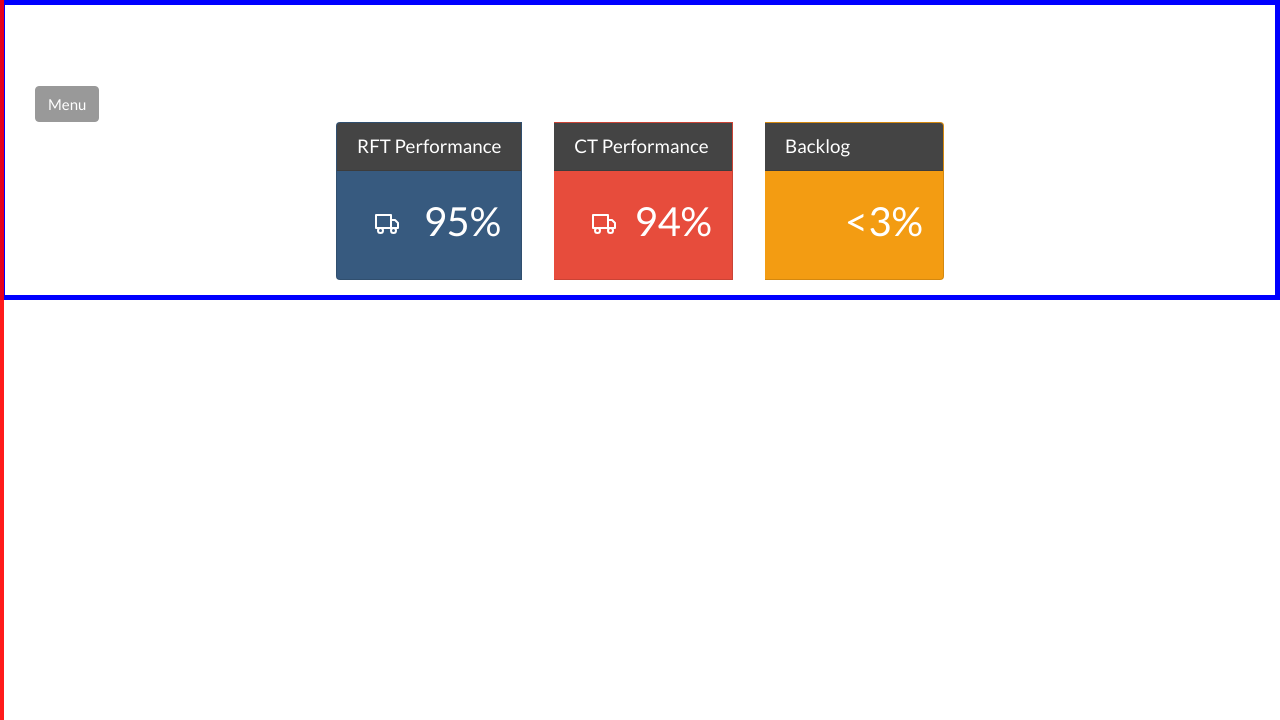
Repository: valenovi76/Delivery-Dashboard
Page: Index.html
The author's editor kept a record of every edit. The page is drawn from the files as they stood at one moment, then again after the next edit.
The browser window is 1280 px wide. The pictures show the whole page.
Some icons come from a web library that is not loaded, so they are not drawn. Some web libraries are served in a nearby version.

Above is the page before.
Console error: TypeError: Cannot read properties of null (reading 'textContent')

### Index.html
<!DOCTYPE html>
<html lang="en">
<head>
    <meta charset="UTF-8">
    <meta name="viewport" content="width=device-width, initial-scale=1.0">
    <meta http-equiv="X-UA-Compatible" content="ie=edge">

    <link rel="stylesheet" href="static/css/bootstrap.min.css" type="text/css" />
    <link rel="stylesheet" href="static/css/dc.min.css" type="text/css" />
    <link href="vendor/fontawesome-free/css/all.min.css" rel="stylesheet" type="text/css">
    <script type="text/javascript" src="static/js/d3.min.js"></script>
    <script type="text/javascript" src="static/js/crossfilter.min.js"></script>
    <script type="text/javascript" src="static/js/dc.min.js"></script>
    <script type="text/javascript" src="static/js/queue.min.js"></script>
    <script type="text/javascript" src="static/js/graphs.js"></script>
    <script src="https://ajax.googleapis.com/ajax/libs/jquery/1.11.3/jquery.min.js"></script>
    <script src="http://maxcdn.bootstrapcdn.com/bootstrap/3.3.4/js/bootstrap.min.js"></script>
    <link rel="stylesheet" href="static/css/style.css" type="text/css" />
    <title>Daily Delivery Dashboard</title>

</head>
<body>

    <div id="wrapper">

        <!-- Sidebar -->
        <div id="sidebar-wrapper">
            <ul class="sidebar-nav">
                <li><a href="#">RFT Performance</a></li>
                <li><a href="#">CT Performance</a></li>
                <li><a href="#">Logout</a></li>
            </ul>
        </div>

        <!-- Page content -->
        <div id="page-content-wrapper">
            <div class="container-fluid">
                <div class="header text-center">
                    <h1>Delivery KPIs Dashboard</h1>
                </div>
                <div class="row">
                    <div class="col-lg-12">
                            <a href="#" class="btn btn-light" id="menu-toggle">Menu</a>

                            <div class="row">
                              <div class="card-group mx-auto">
                                    <div class="card flex-fill bg-primary text-white mx-3">
                											<div class="card-header">
                												<h5 class="card-title text-white mb-0">RFT Performance</h5>
                											</div>
                    											<div class="card-body py-3">
                    												<div class="row no-gutters">
                    													<div class="col-4 align-self-center text-left">
                    														<div class="icon icon-primary">
                    															<svg xmlns="http://www.w3.org/2000/svg" width="24" height="24" viewBox="0 0 24 24" fill="none" stroke="currentColor" stroke-width="2" stroke-linecap="round" stroke-linejoin="round" class="feather feather-truck align-middle"><rect x="1" y="3" width="15" height="13"></rect><polygon points="16 8 20 8 23 11 23 16 16 16 16 8"></polygon><circle cx="5.5" cy="18.5" r="2.5"></circle><circle cx="18.5" cy="18.5" r="2.5"></circle></svg>
                    														</div>
                    													</div>
                    													<div class="col-8 align-self-center text-right">

                    														<h2 class="text-white">95%</h2>
                    													</div>
                    												</div>
                    											</div>
                    										</div>
                                    <div class="card flex-fill bg-danger text-white mx-3">
                											<div class="card-header">
                												<h5 class="card-title text-white mb-0">CT Performance</h5>
                											</div>
                    											<div class="card-body py-3">
                    												<div class="row no-gutters">
                    													<div class="col-4 align-self-center text-left">
                    														<div class="icon icon-primary">
                    															<svg xmlns="http://www.w3.org/2000/svg" width="24" height="24" viewBox="0 0 24 24" fill="none" stroke="currentColor" stroke-width="2" stroke-linecap="round" stroke-linejoin="round" class="feather feather-truck align-middle"><rect x="1" y="3" width="15" height="13"></rect><polygon points="16 8 20 8 23 11 23 16 16 16 16 8"></polygon><circle cx="5.5" cy="18.5" r="2.5"></circle><circle cx="18.5" cy="18.5" r="2.5"></circle></svg>
                    														</div>
                    													</div>
                    													<div class="col-8 align-self-center text-right">
                    														<h2 class="text-white">94%</h2>
                    													</div>
                    												</div>
                    											</div>
                    										</div>
                                    <div class="card flex-fill bg-warning text-white mx-3">
                											<div class="card-header">
                												<h5 class="card-title text-white mb-0">Backlog</h5>
                											</div>
                    											<div class="card-body py-3">
                    												<div class="row no-gutters">
                    													<div class="col-4 align-self-center text-left">
                    														<div class="icon icon-primary">
                    														    <i class="far fa-check-square"></i>
                    														</div>
                    													</div>
                    													<div class="col-8 align-self-center text-right">
                    														<h2 class="text-white"> <3% </h2>
                    													</div>
                    												</div>
                    											</div>
                    										</div
                              </div>
                            </div>
                    </div>
                </div>
            </div>
        </div>

    </div>

    <!-- Menu toggle script -->
    <script>
        $("#menu-toggle").click( function (e){
            e.preventDefault();
            $("#wrapper").toggleClass("menuDisplayed");
        });
    </script>

</body>
</html>

### static/js/graphs.js
//load data
queue()
.defer(d3.csv, "/data/orders.csv")
.await(makeGraphs);


// Make graphs function
function makeGraphs(error, orderData) {

    var ndx = crossfilter(orderData);


orderData.forEach(function(d){
d.CT_Ex_Delayed_Days=parseInt(d.CT_Ex_Delayed_Days)})




    show_wip_group_selector(ndx);
    show_product_selector(ndx);
    show_project_selector(ndx);
    show_created(ndx);
    show_completed(ndx);
    show_order_order_type(ndx);
    show_ct_avg(ndx);
    show_SLT_perf(ndx);
    show_ontime_late(ndx);
    show_percent_RFT_OnTime(ndx);
    show_percent_CT_Pass(ndx);
    show_monthly_delivery(ndx);



    dc.renderAll();
}


//Selector js
function show_wip_group_selector(ndx){
    var dim = ndx.dimension(dc.pluck('Channel'));
    var group = dim.group();
    var select = dc.selectMenu("#wip_group_selector")
        .dimension(dim)
        .group(group);

}
function show_product_selector(ndx){
    var dim = ndx.dimension(dc.pluck('Product'));
    var group = dim.group();
    var select = dc.selectMenu("#product_selector")
        .dimension(dim)
        .group(group);

}
function show_project_selector(ndx){
    var dim=ndx.dimension(dc.pluck('Project'));
    var group= dim.group();
    var select = dc.selectMenu("#project_selector")
        .dimension(dim)
        .group(group);

}

// KPIS values -RFT %

function show_percent_RFT_OnTime(ndx) {
    var percentageThatAreOnTime = ndx.groupAll().reduce(
        function(p, v) {
            p.total++;
                if(v.On_Time === "On-Time") {
                    p.match++;
                }
                return p;
            },
            function (p, v) {
                p.total--;
                if(v.On_Time === "On-Time") {
                    p.match--;
                }
                return p;
            },
            function () {
                return {total: 0, match: 0};
            }
    );

    dc.numberDisplay("#RFTPerc")
        .formatNumber(d3.format(".1%"))
        .valueAccessor(function (d) {
            if (d.count == 0) {
                return 0;
            } else {
                return ( d.match/d.total );
            }
        })
        .group(percentageThatAreOnTime)
}

// KPIS values - CT %

function show_percent_CT_Pass(ndx) {
    var percentageThatArePassed = ndx.groupAll().reduce(
        function(p, v) {
            p.total++;
                if(v.SLT_Status === "Pass") {
                    p.match++;
                }
                return p;
            },
            function (p, v) {
                p.total--;
                if(v.SLT_Status === "Pass") {
                    p.match--;
                }
                return p;
            },
            function () {
                return {total: 0, match: 0};
            }
    );

    dc.numberDisplay("#CTPerc")
        .formatNumber(d3.format(".1%"))
        .valueAccessor(function (d) {
            if (d.count == 0) {
                return 0;
            } else {
                return ( d.match/d.total );
            }
        })
        .group(percentageThatArePassed)
}

//KPIS values - Monthly deliveries
function show_monthly_delivery(ndx){
    var avgMonthlyDeliveries = ndx.groupAll().reduce(
        function(p, v) {
            p.total++;
                if(v.Order_Status === "Completed") {
                    p.match++;
                }
                return p;
            },
            function (p, v) {
                p.total--;
                if(v.Order_Status === "Completed") {
                    p.match--;
                }
                return p;
            },
            function () {
                return {total: 0, match: 0};
            }
    );

    dc.numberDisplay("#avg_monthly_delivery")
        .formatNumber(d3.format(".1f"))
        .valueAccessor(function (d) {
            if (d.total == 0) {
                return 0;
            } else {
                return ( d.match/6 );
            }
        })
        .group(avgMonthlyDeliveries)
}


//created line js
function show_created(ndx) {
var dim = ndx.dimension(dc.pluck('Created_Month'));
var group =dim.group();

dc.lineChart("#created")
.width(400)
.height(300)
.margins({top: 30, right: 40, bottom: 50, left: 50})
.dimension(dim)
.group(group)
.transitionDuration(500)
.x(d3.scale.ordinal())
.xUnits(dc.units.ordinal)
.elasticY(true)
.xAxisLabel("FY 2019-2020 Month")
.yAxis().ticks(20);
 }

//completed line js
function show_completed(ndx) {
var dim = ndx.dimension(dc.pluck('Completed_Month'));
var group = dim.group();

dc.lineChart("#completed")

.width(400)
.height(300)
.margins({top: 30, right: 40, bottom: 50, left: 50})
.dimension(dim)
.group(group)
.transitionDuration(500)
.x(d3.scale.ordinal())
.xUnits(dc.units.ordinal)
.elasticY(true)
.xAxisLabel("FY 2019-2020 Month")
.yAxis().ticks(20);
 }

//WIP pie js
function show_order_order_type(ndx) {
    var dim = ndx.dimension(dc.pluck('Order_Type'));
    var group = dim.group();


    dc.pieChart("#order_type")

        .width(400)
        .height(300)
        .slicesCap(4)
        .innerRadius(100)
        .dimension(dim)
        .group(group)
        .legend(dc.legend())

}
//CT Avg line js
function show_ct_avg(ndx){
var dim = ndx.dimension(dc.pluck("Completed_Month"));

function add_item(p,v){
p.count ++;
p.total += v.CT_Ex_Delayed_Days;
p.average = p.total/p.count;
return p;
}
function remove_item(p,v){
p.count--;
if(p.count==0){
p.total=0;
p.average=0;}else{
p.total -= v.CT_Ex_Delayed_Days;
p.average = p.total/p.count;
}
return p;
}
function initialise(){
    return{count:0, total:0, average:0};
}


var group= dim.group().reduce(add_item,remove_item,initialise);


dc.lineChart("#ct_avg")
.width(400)
.height(300)
.margins({top: 10, right: 50, bottom: 30, left: 50})
.dimension(dim)
.group(group)
.valueAccessor(function(d){
return d.value.average})
.transitionDuration(500)
.x(d3.scale.ordinal())
.xUnits(dc.units.ordinal)
.elasticY(true)
.xAxisLabel("FY 2019-2020 Month")
.yAxis().ticks(20);

}
//CT perf js
function show_SLT_perf(ndx){

    function SLTPerfByMonth(dimension, SLT_Status) {
        return dimension.group().reduce(
            function (p, v) {
                p.total++;
                if(v.SLT_Status == SLT_Status) {
                    p.match++;
                }
                return p;
            },
            function (p, v) {
                p.total--;
                if(v.SLT_Status == SLT_Status) {
                    p.match--;
                }
                return p;
            },
            function () {
                return {total: 0, match: 0};
            }
        );
    }

    var dim = ndx.dimension(dc.pluck("Completed_Month"));
    var PassByMonth = SLTPerfByMonth(dim, "Pass");
    var FailByMonth = SLTPerfByMonth(dim, "Fail");

    dc.barChart("#ct_perf")
        .width(400)
        .height(300)
        .dimension(dim)
        .group(PassByMonth, "Pass")
        .stack(FailByMonth, "Fail")
        .valueAccessor(function(d) {
            if(d.value.total > 0) {
                return (d.value.match / d.value.total) * 100;
            } else {
                return 0;
            }
        })
        .x(d3.scale.ordinal())
        .xUnits(dc.units.ordinal)
        .legend(dc.legend().x(320).y(20).itemHeight(15).gap(5))
        .margins({top: 10, right: 100, bottom: 30, left: 30});
}

  //On time vs Late stacked-bars graph

   function show_ontime_late(ndx) {

    function RFTPerfByMonth(dimension, On_Time) {
        return dimension.group().reduce(
            function (p, v) {
                p.total++;
                if(v.On_Time == On_Time) {
                    p.match++;
                }
                return p;
            },
            function (p, v) {
                p.total--;
                if(v.On_Time == On_Time) {
                    p.match--;
                }
                return p;
            },
            function () {
                return {total: 0, match: 0};
            }
        );
    }

    var dim = ndx.dimension(dc.pluck("Completed_Month"));
    var OnTimeByMonth = RFTPerfByMonth(dim, "On-Time");
    var LateByMonth = RFTPerfByMonth(dim, "Late");

    dc.barChart("#ontime_perf")
        .width(400)
        .height(300)
        .dimension(dim)
        .group(OnTimeByMonth, "On-Time")
        .stack(LateByMonth, "Late")
        .valueAccessor(function(d) {
            if(d.value.total > 0) {
                return (d.value.match / d.value.total) * 100;
            } else {
                return 0;
            }
        })
        .x(d3.scale.ordinal())
        .xUnits(dc.units.ordinal)
        .legend(dc.legend().x(320).y(20).itemHeight(15).gap(5))
        .margins({top: 10, right: 100, bottom: 30, left: 30});
   }

### static/css/style.css
/*Body*/
.page-content-wrapper{
    background-color: white;
}

/*Header*/

.kpis{
    margin-bottom: 15px;
    margin-top: 15px;
}

/* Sidebar */
#sidebar-wrapper {
    z-index: 1;
    position: absolute;
    width: 0;
    height: 100%;
    overflow-y: hidden;
    background: #2C3E50;
    border: 2px solid red;
    opacity: 0.9;
}

/* Always take up entire screen */
#page-content-wrapper {
    width: 100%;
    position: absolute;
    padding: 15px;
    border: 5px solid blue;
}


/* Change with of sidebar from 0 to 250px */
#wrapper.menuDisplayed #sidebar-wrapper {
    width: 250px;
}

/* Since we added left padding, we need to shrink the width by 250px */
#wrapper.menuDisplayed #page-content-wrapper {
    padding-left: 250px;
}


/* Sidebar styling - the entire ul list */
.sidebar-nav {
    padding: 0;
    list-style: none;
}

.sidebar-nav li {
    text-indent: 20px;
    line-height: 40px;
}

.sidebar-nav li a {
    display: block;
    text-decoration: none;
    color: #ddd;
}

.sidebar-nav li a:hover {
    background: #16A085;
}

/*Header*/

/*Cards style*/
.card{
    display:block;
}

.icon {
    width: 60px !important;
    height: 60px !important;
    line-height: 52px;
    text-align: center;
    font-size: 2rem;
    margin: .5rem 0;
}

Loaded but not shown: static/css/bootstrap.min.css (library); static/css/dc.min.css (library); static/js/d3.min.js (library); static/js/crossfilter.min.js (library); static/js/dc.min.js (library); static/js/queue.min.js (common file)

After the next edit:
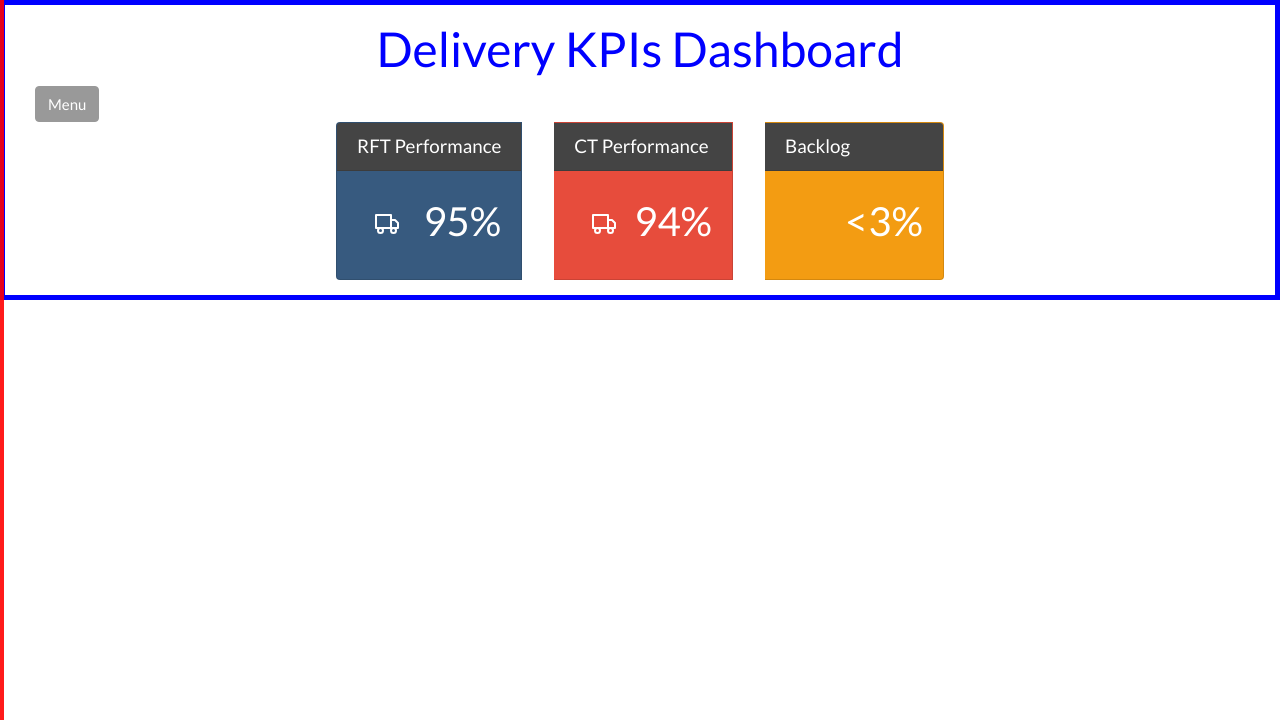
The edit:
--- a/static/css/style.css
+++ b/static/css/style.css
@@ -10,6 +10,14 @@
     margin-top: 15px;
 }
 
+h1{
+    color:blue;
+    text-align: center;
+}
+
+.page-header{
+    margin:20px;
+}
 /* Sidebar */
 #sidebar-wrapper {
     z-index: 1;
